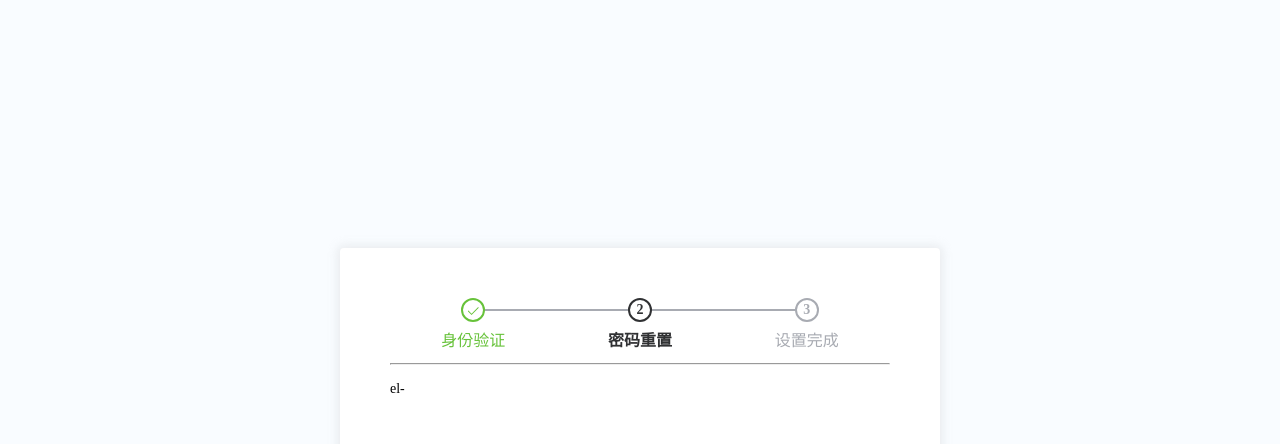
Repository: Harmony-camp/ckw-manager
Page: /#/ForgotPassword (app in manage/)
The author's editor kept a copy of each file at every save. The page is drawn from the files as they stood at one save, then again after a run of saves.
The browser window is 1280 px wide. The pictures show the whole page.
The project was rebuilt for these pictures with package versions that can differ from the ones it lists, and the page was loaded fresh each time. Also part of the build but not shown: manage/vite.config.js.

Above is the page before, as saved 2023-05-27 10:20:21.

### manage/src/main.js
import { createApp } from 'vue'
import router from './router'
import ElementPlus from 'element-plus'
import 'element-plus/dist/index.css'
import App from './App.vue'
import store from './store'
import * as ELIcons from '@element-plus/icons-vue'
import storage from './utils/storage'

const app = createApp(App)

app.directive("has",{
	beforeMount:(el,binding)=>{

		let actionList = storage.getItem("actionList")
		let value = binding.value
		let hasPermission = actionList.includes(value)
		if(!hasPermission){
			el.style="display:none"
			setTimeout(()=>{
				el.parentNode.removeChild(el)
			},0)
		}
	}
})

for (let iconName in ELIcons) {
	app.component(iconName, ELIcons[iconName])
}

app.use(router).use(store).use(ElementPlus).mount('#app')

### manage/src/router/index.js
import { createRouter, createWebHashHistory } from 'vue-router'
import { defineAsyncComponent } from 'vue'

import storage from '../utils/storage'
import {getPermissionList} from '../api'
import utils from '../utils/utils'

const routes = [
  {
    name: "home",
    path: "/",
    component: ()=>import("../components/Home.vue"),
    redirect: "Welcome",
    meta: {
      title: "首页"
    },
    children: [
      {
        name: "welcome",
        path: "/welcome",
        meta: {
          title: "欢迎使用本系统"
        },
        component: () => import("../views/Welcome.vue")
      },
      {
        name: "profile",
        path: "/profile",
        redirect: "analysis",
        meta: {
          title: "个人中心"
        },
        component: () => import("../views/profile/index.vue"),
        children:[
          {
            name: "analysis",
            path: "/profile/analysis",
            meta: {
              title: "个人整体分析"
            },
            component: () => import("../views/profile/Analysis.vue"),
          },
          {
            name: "award-time",
            path: "/profile/award-time",
            meta: {
              title: "获奖时间"
            },
            component: () => import("../views/profile/AwardTime.vue"),
          },
        ]
      },
    ]
  },

  {
    name: "login",
    path: "/login",
    meta: {
      title: "登录"
    },
    component: () => import("../views/login/Login.vue")
  },
  {
    name: "register",
    path: "/register",
    meta: {
      title: "注册"
    },
    component: () => import("../views/login/Register.vue")
  },
  {
    name: "ForgotPassword",
    path: "/ForgotPassword",
    meta: {
      title: "注册"
    },
    component: () => import("../views/login/ForgotPassword.vue")
  },

  {
    name: "404",
    path: "/404",
    meta: {
      title: "页面不存在"
    },
    component: () => import("../views/login/404.vue")
  },

]

const router = createRouter({
  history: createWebHashHistory(),
  routes
})

async function loadAsyncRoutes(){
  let userinfo  = storage.getItem("userinfo") || {}
  if(userinfo.token){
    try{
      const {menuList} =  await getPermissionList()
      let routes = utils.generateRoute(menuList)
      routes.map(route=>{
        let url = `../views/${route.component}.vue`
        route.component =  ()=>import(/* @vite-ignore */url)
        router.addRoute("home",route)
      })
    }catch(error){
      console.log('error :>> ', error);
    }
  }
}

await loadAsyncRoutes()
function checkPermission(path){
  let routes =[]
  router.getRoutes().forEach(item=>{
    routes.push(item.path)
  })
  return routes.includes(path)
}

router.beforeEach((to,form,next)=>{
  if(checkPermission(to.path) || to.path =="/"){
    document.title = to.meta.title
    next()
  }else{
    next("/404")
  }
})

export default router

### manage/src/App.vue
<template>
  <router-view></router-view>
</template>

<script setup>

</script>

<style lang="scss">
@import './assets/style/reset.css';
@import './assets/style/index.scss';
</style>

### manage/src/store/index.js
/**
 * vuex状态管理
 */
import {createStore} from 'vuex'
import mutations from './mutations'
import storage from '../utils/storage'

const state = {
  userinfo:storage.getItem("userinfo") || {},
  menuLit:storage.getItem("menuList") || [],
  actionList :storage.getItem("actionListList") || [],
  noticeCount:0
}

export default createStore({
  state,
  mutations
})

### manage/src/utils/storage.js
/**
 * Storage二次封装
 * @author yyy
 */
import config from "../config"

export default{
  setItem(key,val){
    let storage = this.getStorage()
    storage[key] = val
    window.localStorage.setItem(config.namespace,JSON.stringify(storage))
  },
  getItem(key){
    return this.getStorage()[key]
  },
  getStorage(){
    return JSON.parse( window.localStorage.getItem(config.namespace )|| "{}")
  },
  clearItem(key){
    let storage = this.getStorage()
    delete storage[key]
    window.localStorage.setItem(config.namespace,JSON.stringify(storage))
  },
  clearAll(){
    window.localStorage.clear()
  },
}

### manage/src/api/index.js
/**
 * api管理
 */

import request from "../utils/request"

/**
 * 用户登录
 * @param {Object} params
 * @returns
 */
export  const UserLogin = (params)=>{
  return request({
      url:"/users/login",
      method:"post",
      data:params,
    })
  }

/**
 * 获取是否有信息需要处理
 * @param {Object} params
 * @returns
 */
export  const NoticeCount = (params)=>{
  return request({
    url:"/leave/count",
    method:"get",
    data:params,
    // mock:true
  })
}

/**
 * 获取菜单
 * @returns
 */
export  const MenuList = (params)=>{
  return request({
    url:"/menu/list",
    method:"get",
    data:params,
    // mock:true
  })
}

/**
 * 获取用户列表
 * @param {Object} params
 * @returns
 */

export  const GetUserList = (params)=>{
  return request({
    url:"/users/list",
    method:"get",
    data:params,
  })
}
export  const GetAllUserList = ()=>{
  return request({
    url:"/users/all/list",
    method:"get",
    // mock:true
  })
}
/**
 * 删除用户，可批量删除
 * @param {Array} params
 * @returns
 */
export  const UserDelete = (params)=>{
  return request({
    url:"/users/delete",
    method:"post",
    data:params,
    // mock:true
  })
}
/**
 * 获取角色信息
 * @returns
 */
export  const GetRoleAllList = ()=>{
  return request({
    url:"/roles/allList",
    method:"get",
    data:{},
    // mock:true
  })
}
export  const GetRoleList = (param)=>{
  return request({
    url:"/roles/list",
    method:"get",
    data:param,
    // mock:true
  })
}
/**
 * 获取部门信息
 * @returns
 */
export  const GetDeptList = (params)=>{
  return request({
    url:"/dept/list",
    method:"get",
    data:params,
    // mock:true
  })
}

/**
 * 角色增删改查
 * @param {Object} params
 * @returns
 */
export  const UserSubmit = (params)=>{
  return request({
    url:"/users/operate",
    method:"post",
    data:params,
    // mock:true
  })
}
/**
 * 菜单操作
 * @param {Object} params
 * @returns
 */
export  const MenuSubmit = (params)=>{
  return request({
    url:"/menu/operate",
    method:"post",
    data:params,
    // mock:true
  })
}

export  const RoleOperate = (params)=>{
  return request({
    url:"/roles/operate",
    method:"post",
    data:params,
    // mock:true
  })
}
export  const DeptOperate = (params)=>{
  return request({
    url:"/dept/operate",
    method:"post",
    data:params,
    // mock:true
  })
}
export  const UpdatePermission = (params)=>request({
    url:"/roles/update/permission",
    method:"post",
    data:params,
    // mock:true
})



export const getPermissionList = ()=>request.get("/users/getPermissionList")
export const GetApplyList  = params=>request.get("/leave/list",params,{mock:false})
export const LeaveOperate  = params=>request.post("/leave/operate",params,{mock:false})
export const LeaveApprove  = params=>request.post("/leave/approve",params,{mock:false})

export const dataToTestify  = params=>request.post("/teacher/createTestify",params)

//获取注册页面角色
export const getRegisterRoleList = params=>request.get("/roles/allList",params)

//获取模块分类排序数据
export const querySortList = params=>request.get("/teacher/query",params)

export const GetTeacherlList = params=>request.get("/teacher/list",params)
export const GetTeacherApprovallList = params=>request.get("/teacher/approvalList",params)

### manage/src/utils/utils.js
/**
 * 工具函数封装
 */
import {GetTeacherlList} from '../api'
export default{
  formateDate(date,rule){
    let fmt = rule || 'MM-dd hh:mm:ss'

    const o = {

      "M+":date.getMonth(),
      "d+":date.getDate(),
      "h+":date.getHours(),
      "m+":date.getMinutes(),
      "s+":date.getSeconds(),

    }
    for(let key in o){
      if(new RegExp(`(${key})`).test(fmt)){
        const val = o[key] + ''
        fmt =  fmt.replace(RegExp.$1,RegExp.$1.length==1?val:('00'+val).substring(val.length))
      }
    }
    return date.getFullYear()+"-" + fmt
  },
  generateRoute(menuList){
    let routes = []

    const deepList = (list)=>{
      while(list.length){
        let item = list.pop()
        if(item.action){
          routes.push({
            name:item.menuName,
            path:item.path,
            meta:{
              title:item.menuName
            },
            component:item.component
          })

        }
        if(item.children && !item.action){
          deepList(item.children)
        }
      }
    }
    deepList(menuList)
    return routes
  },
  async getTeacherApprovalList(action,userId){

    let res = await GetTeacherlList({action,userId})
    return res
  }
}

### manage/src/views/login/ForgotPassword.vue
<template>
  <div class="forgot-wrapper">
    <div class="modal">
      <el-steps align-center :active="active" finish-status="success">
        <el-step title="身份验证" />
        <el-step title="密码重置" />
        <el-step title="设置完成" />
      </el-steps>
      <hr />
      <div class="main">
        <div class="setIdentity" v-if="active == 1">
          <el-form>
            <el-form-item>
              el-
            </el-form-item>
          </el-form>
        </div>
        <div class="setPassword" v-if="active == 2">2</div>
        <div class="success" v-if="active == 3">3</div>
      </div>
    </div>
  </div>
</template>

<script setup>
import {ref} from 'vue'

const active = ref(1)

</script>

<style lang="scss">
.forgot-wrapper {
  display: flex;
  justify-content: center;
  align-items: center;
  background-color: #f9fcff;
  width: 100vw;
  height: 100vh;
  .modal {
    width: 600px;
    padding: 50px;
    background-color: #fff;
    border-radius: 4px;
    box-shadow: 0px 0px 10px 3px #c7c9cb4d;
  }
}
</style>

### manage/src/assets/style/index.scss
html, body {
  height: 100%;
  width: 100%;
}
*:not([class^='el-']) {
  box-sizing: border-box;
}
.white{
  background-color: #ffffff;
}
a{
  text-decoration: none;
}
.gray{
  background-color: #eef0f3;
}
.mr10{
  margin-right: 10px;
}
.mr20{
  margin-right: 20px;
}
.mb20{
  margin-bottom: 20px;
}
.m-lr10{
  margin-left: 10px;
  margin-right: 10px;
}
.p20{
  padding: 20px;
}
.pl20{
  padding-left: 20px;
}
.text-right{
  text-align: right;
}
.fr{
  float: right;
}
.flex{
  display: flex;
}
.flex-between{
  display: flex;
  justify-content: space-between;
}
.flex-center{
  display: flex;
  justify-content: center;
}
.tips{
  margin-left: 15px;
  color: #787878;
}


/*
* 公共样式
*/
.query-form {
  background-color: #ffffff;
  padding: 22px 20px 0;
  border-radius: 5px;
}
.base-table {
  border-radius: 5px;
  background: #ffffff;
  margin-top: 20px;
  margin-bottom: 20px;
  .action {
    border-radius: 5px 5px 0px 0px;
    background: #ffffff;
    padding: 20px;
    border-bottom: 1px solid #ece8e8;
  }
  .el-pagination{
     justify-content: flex-end;
     padding-right: 20px;
     padding-top: 20px;
     padding-bottom: 5px;
  }

}

### manage/src/store/mutations.js
/**
 * Mutations业务层数据提交
 */


import storage from "../utils/storage";

export default {
  saveUserInfo(state,userinfo){
    state.userinfo = userinfo;
    storage.setItem("userinfo",userinfo)
  },
  saveMenuList(state,menuList){
    state.menuList = menuList;
    storage.setItem("menuList",menuList)
  },
  saveActionList(state,actionList){
    state.actionList = actionList;
    storage.setItem("actionList",actionList)
  },
  saveNoticeCount(state,noticeCount){
    state.noticeCount = noticeCount;
    storage.setItem("noticeCount",noticeCount)
  },
}

### manage/src/config/index.js

const env = import.meta.env.MODE || "prod";

const EnvConfig = {
  dev:{
    baseApi:"/api",
    mockApi:"https://www.fastmock.site/mock/fa4c18963ab634ec12a063962937ba52/api"
  },
  test:{
    baseApi:"https://www.fastmock.site/mock/fa4c18963ab634ec12a063962937ba52/api",
    mockApi:"https://www.fastmock.site/mock/fa4c18963ab634ec12a063962937ba52/api"
  },
  prod:{
    baseApi:"/api",
    mockApi:"https://www.fastmock.site/mock/fa4c18963ab634ec12a063962937ba52/api"
  }
}

export default{
  env:"dev",
  mock:false,
  namespace:'manage',
  ...EnvConfig[env]
}

### manage/src/utils/request.js
/**
 * axios二次封装
 */

import axios from 'axios'
import {ElMessage} from 'element-plus'
import router from '../router'
import config from '../config'
import storage from './storage'
const TOKEN_INVALID = "token认证失败，请从新登陆"
const NETWORK_ERROR = "网络请求异常，请稍后重试"

//TODO axios实例对象，添加全局配置
const service = axios.create({
  baseURL:config.baseApi,
  timeout:8000
})


service.interceptors.request.use(req=>{

  //TODO 封装请求拦截
  const headers = req.headers;
  const {token} = storage.getItem("userinfo") || {}
  if(!headers.Authorization) headers.Authorization = "Bearer "  + token
  return req

})


service.interceptors.response.use(res=>{
  const {code,data,msg} = res.data;
  if(code === 200) return data;
  else if(code === 50001){
    ElMessage.error(TOKEN_INVALID)
    setTimeout(()=>{
      router.push('/login')
      return Promise.reject(TOKEN_INVALID)
    },1500)
  }else{
    ElMessage.error(msg|| NETWORK_ERROR)
    return Promise.reject(msg||NETWORK_ERROR)
  }

})


/**
 * 请求核心参数
 * @param {*} options 请求配置
 * @returns
 */

function request(options){
  options.method = options.method || "get"
  if(options.method.toLowerCase() === 'get'){
    options.params = options.data;
  }
  let isMock  = config.mock
  if(typeof options.mock != "undefined") isMock = options.mock
  if(config.env === 'prod'){
    service.defaults.baseURL = config.baseApi
  }else{
    service.defaults.baseURL = isMock? config.mockApi:config.baseApi
  }
  return service(options)
}

["get","post","put","delete",'patch'].forEach(item=>{
  request[item] = (url,data,options)=>{
    return request({
      url,
      data,
      method:item,
      ...options
    })
  }
})

export default request

Loaded but not shown: manage/index.html (common file); manage/src/assets/style/reset.css (common file)

After the next 2 saves:
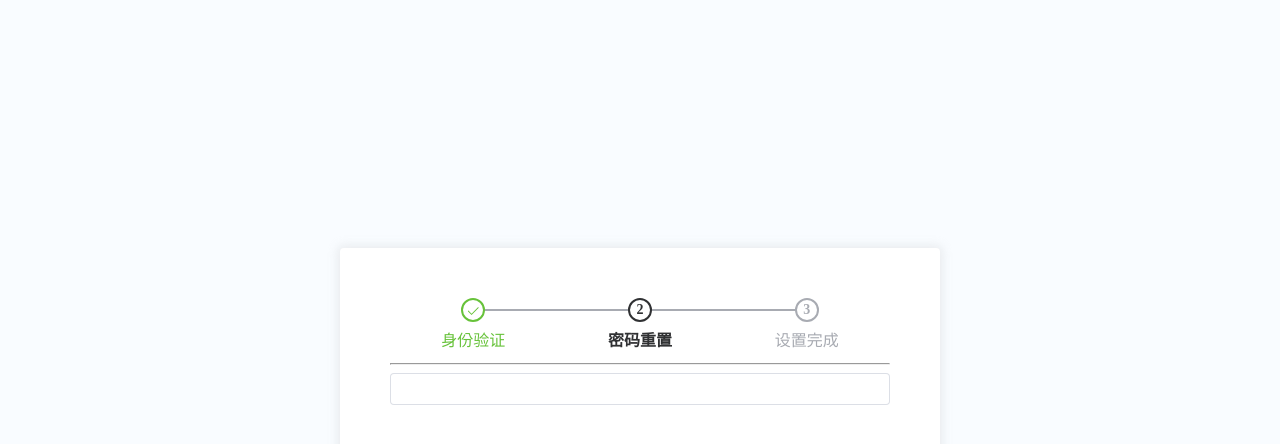
The 2 saves are shown as one change because they came seconds apart.
The last was saved 7 s later.
--- a/manage/src/views/login/ForgotPassword.vue
+++ b/manage/src/views/login/ForgotPassword.vue
@@ -11,7 +11,7 @@
         <div class="setIdentity" v-if="active == 1">
           <el-form>
             <el-form-item>
-              el-
+              <el-input />
             </el-form-item>
           </el-form>
         </div>
